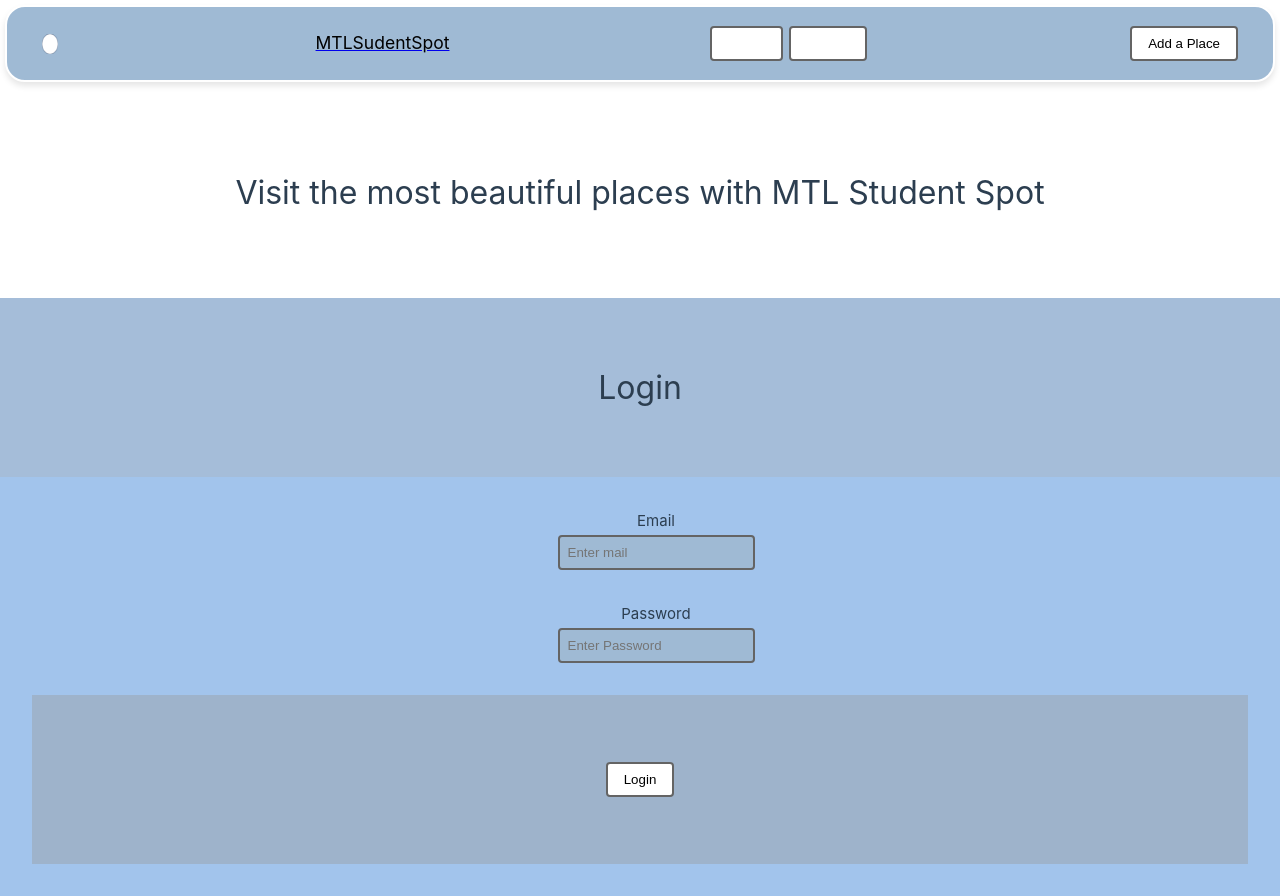
Repository: KevMn6ix/MOD8-2232-GRA-Damois-Leroi--Morant-Munto
Page: /login (app in client/)
An editor plug-in stored every save of this project. The page is shown before and after a run of saves, followed by the edit.
The browser window is 1280 px wide. The pictures show the whole page.
The project was rebuilt for these pictures with package versions that can differ from the ones it lists, and the page was loaded fresh each time. Also part of the build but not shown: client/vite.config.js, client/src/components/HelloWorld.vue, client/src/components/RowLandingPage.vue, client/src/components/PlaceItem.vue, client/server/services/places-service.js, client/src/components/PlaceList.vue, client/src/views/HomeView.vue.

Above is the page before, as saved 2023-10-18 15:37:04.

After the next 2 saves:
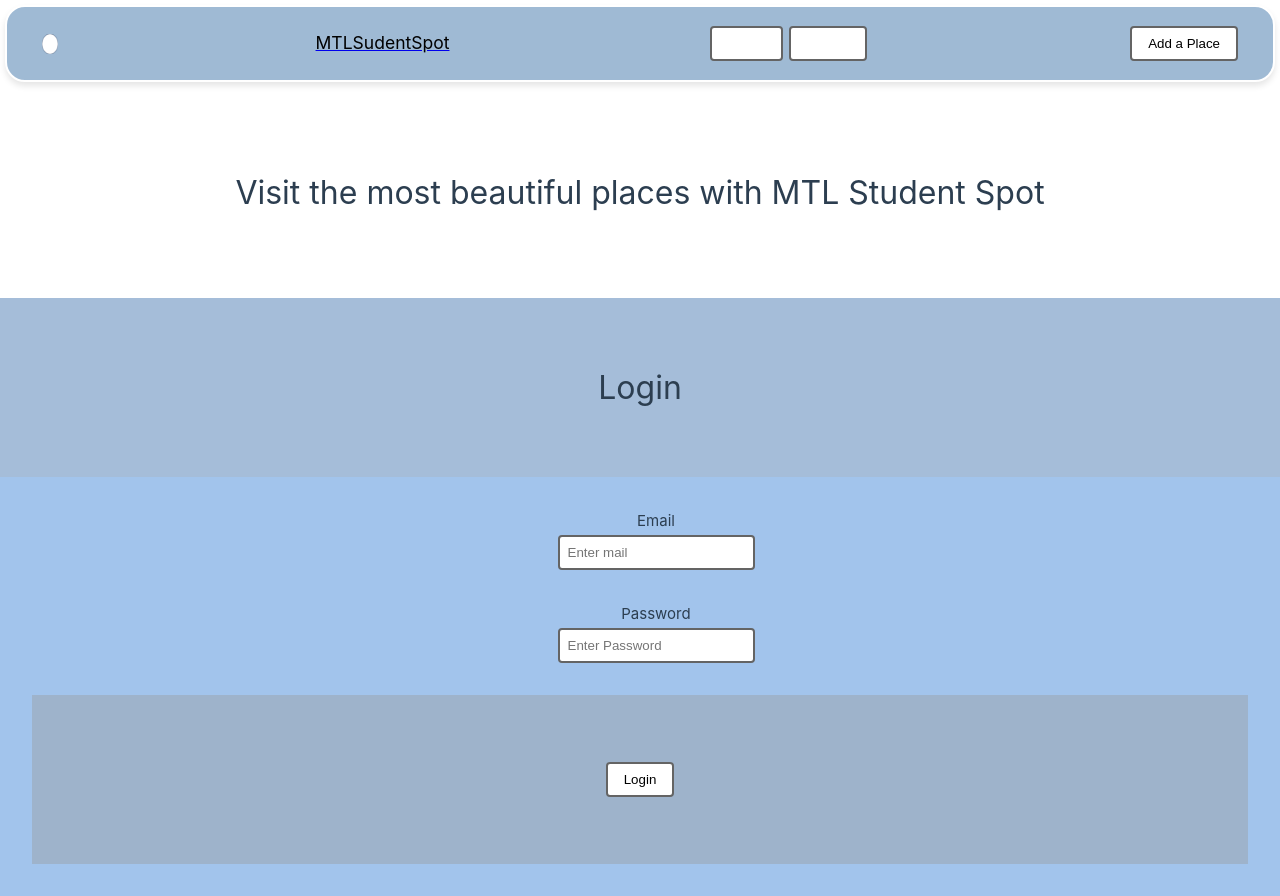
The 2 saves are shown as one change because they came seconds apart.
The last was saved 68 s later.
--- a/client/src/components/NavBar.vue
+++ b/client/src/components/NavBar.vue
@@ -40,7 +40,7 @@ function sendUserInput() {
 
     --color-navbar: #9fbad4;
     --text-navbar-color-default: #000;
-    --color-input: #9fbad4;
+    --color-input: #fff;
     --button-border: #646464;
     --color-button: #fff;
     --button-hover: #7faedc;
